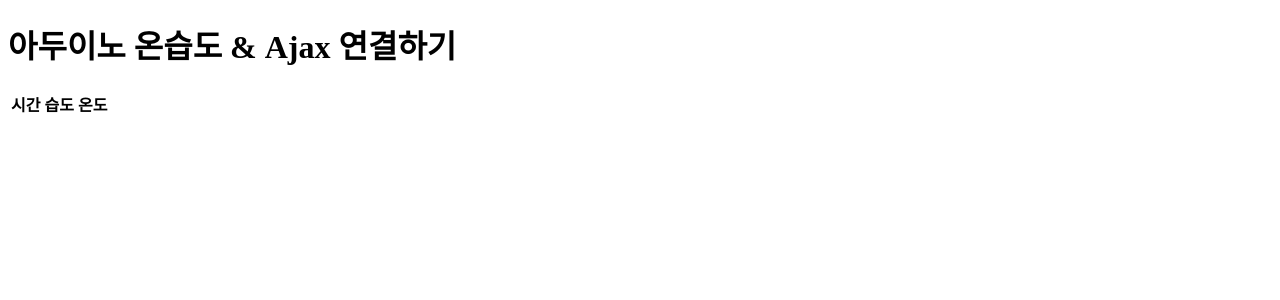
Repository: lafayetteey/WorkSpace
Page: http://localhost/testAduino/views/part2_DHT11_Control.jsp
The author's editor kept a copy of each file at every save. The page is drawn from the files as they stood at one save, then again after the next save.
The browser window is 1280 px wide. The pictures show the whole page.
The page is served by Tomcat 9.

Above is the page before, as saved 2020-08-05 01:40:01.

After the next save:
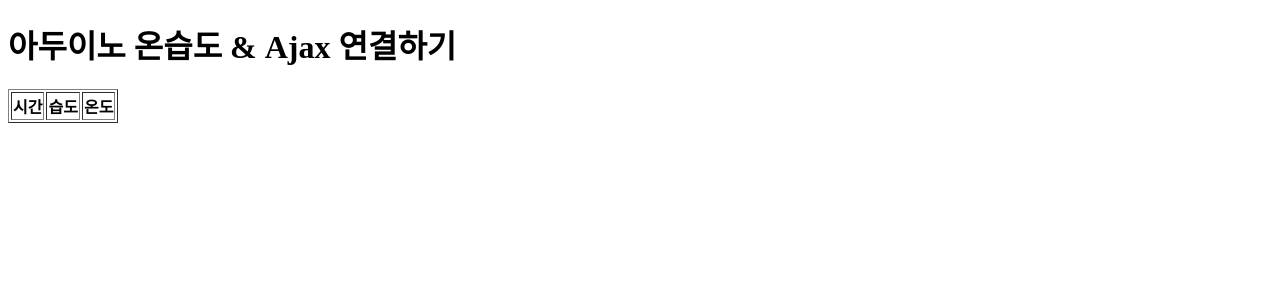
Saved 9 s later.
--- a/workspace_Aduino/testAduino/WebContent/views/part2_DHT11_Control.jsp
+++ b/workspace_Aduino/testAduino/WebContent/views/part2_DHT11_Control.jsp
@@ -8,8 +8,8 @@
 </head>
 <body>
 	<h1>아두이노 온습도 & Ajax 연결하기</h1>
-	<table>
-		<thead border="1">
+	<table border="1">
+		<thead >
 			<tr>
 				<th>시간</th>
 				<th>습도</th>
